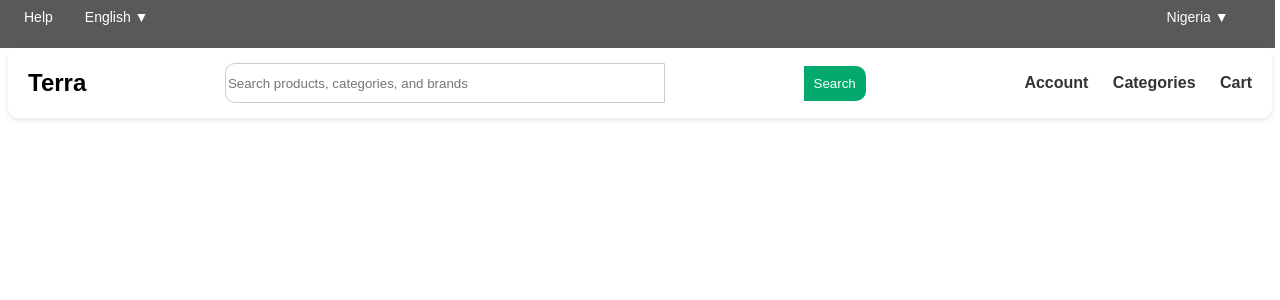
Repository: Femi007-gh/e-commerce
Page: index.html
These files come from the project's save history. The page is drawn as it stood at one moment and after the next save; the edit follows.
The browser window is 1280 px wide. The pictures show the whole page.

Above is the page before, as saved 2025-04-28 20:18:14.

After the next save:
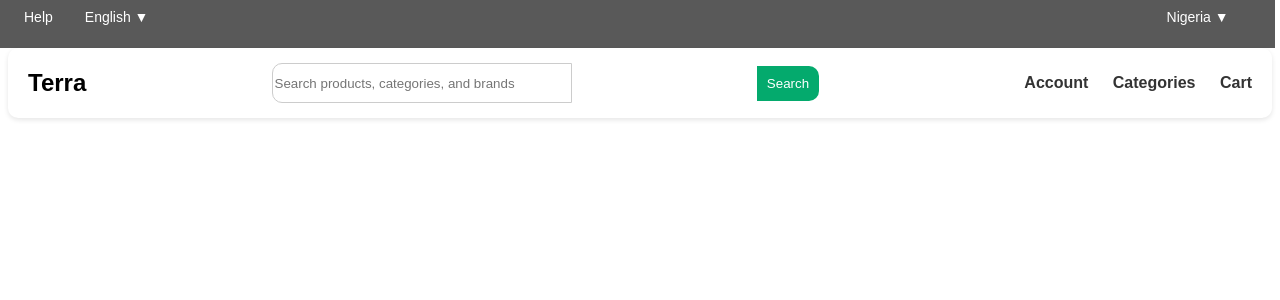
Saved 6 s later.
--- a/style.css
+++ b/style.css
@@ -91,7 +91,7 @@ body{
   border: 1px solid #ccc;
   border-radius: 10px 0 0 10px;
   height:40px;
-  width: 440px;
+  width: 300px;
 }
 
 .search {
